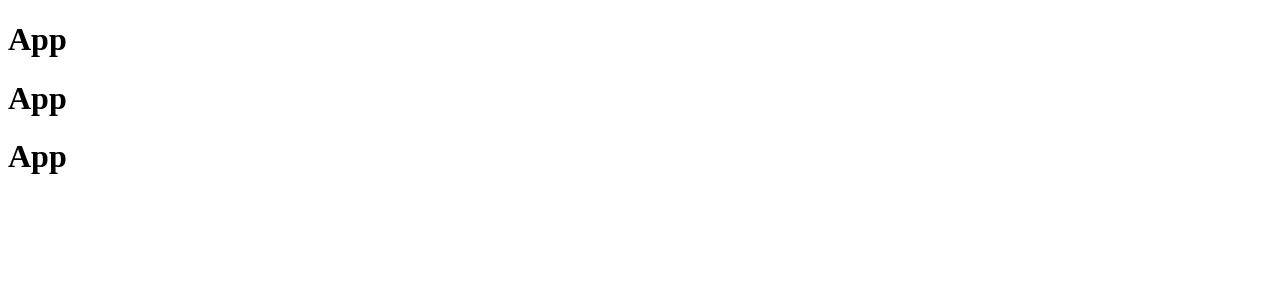
Repository: codelazyguy/codelazyguy-oneforall
Page: / (app in client/)
These files come from the project's save history. The page is drawn as it stood at one moment and after the next save; the edit follows.
The browser window is 1280 px wide. The pictures show the whole page.
The project was rebuilt for these pictures with package versions that can differ from the ones it lists, and the page was loaded fresh each time.

Above is the page before, as saved 2021-04-09 00:06:06.

### client/src/App.js
import React from 'react';

const App = () => {
  return (
    <div>
      <h1>App</h1>
      <h1>App</h1>
      <h1>App</h1>
    </div>
  );
}

export default App;

Loaded but not shown: client/public/index.html (common file); client/src/index.js (common file)

After the next save:
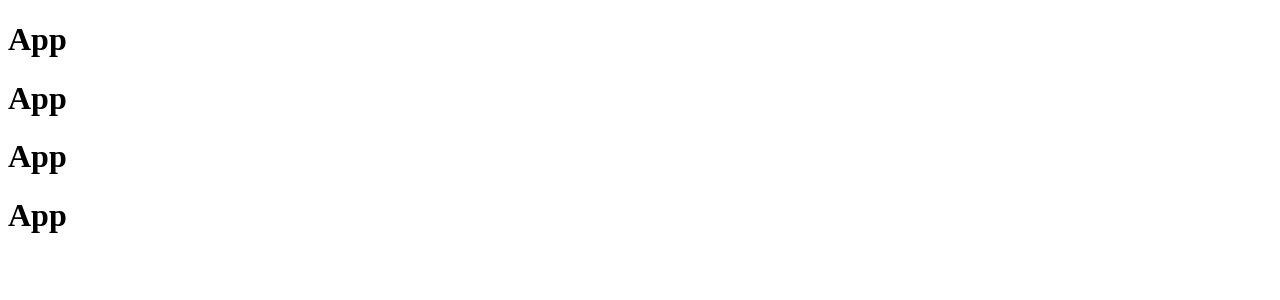
Saved 14 s later.
--- a/client/src/App.js
+++ b/client/src/App.js
@@ -6,6 +6,7 @@
       <h1>App</h1>
       <h1>App</h1>
       <h1>App</h1>
+      <h1>App</h1>
     </div>
   );
 }

After the save that followed:
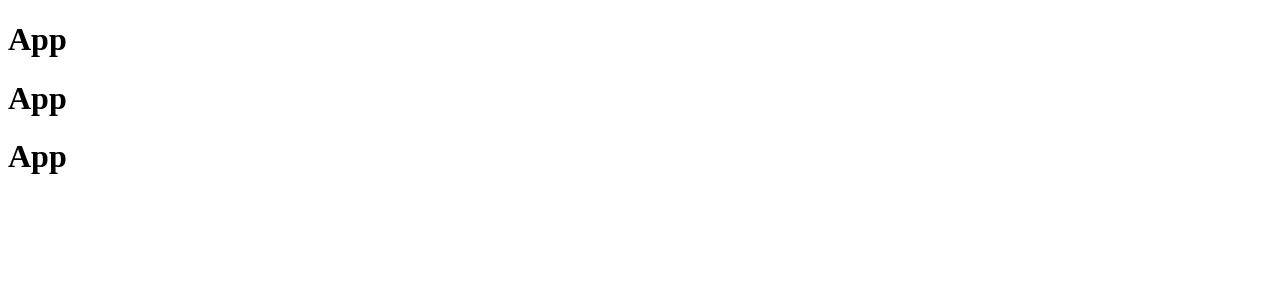
Saved 22 s later.
--- a/client/src/App.js
+++ b/client/src/App.js
@@ -6,7 +6,6 @@
       <h1>App</h1>
       <h1>App</h1>
       <h1>App</h1>
-      <h1>App</h1>
     </div>
   );
 }
